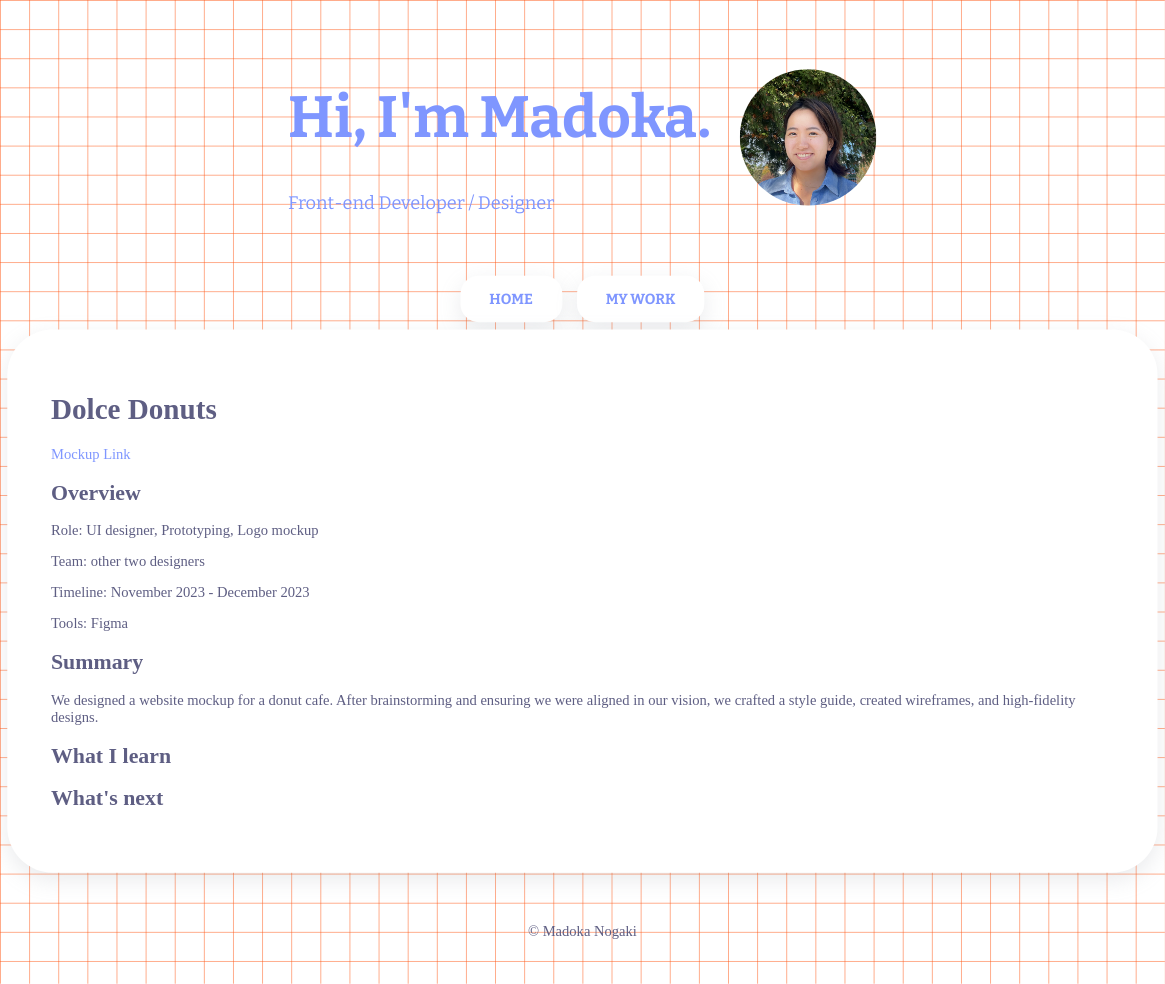
Repository: ohmaruko/portfolio
Page: /links/dolcedonuts
An editor plug-in stored every save of this project. The page is shown before and after the next save, followed by the edit.
The browser window is 1280 px wide. The pictures show the whole page, at 91% of full size.
The project was rebuilt for these pictures with package versions that can differ from the ones it lists, and the page was loaded fresh each time. The framework's server and built-in components were replaced by stand-ins that run in the browser. Also part of the build but not shown: next.config.mjs.

Above is the page before, as saved 2024-02-18 00:55:24.

### pages/links/dolcedonuts.js
import styles from '/styles/Home.module.css'
import Header from '@/components/Header'
import Footer from '@/components/Footer'
import { Open_Sans } from 'next/font/google'
import Link from 'next/link'
import Box from '@/components/Box'

const openSans = Open_Sans ({subsets: ['latin']})

export default function Works() {
  return (
    <>

      <head>
        <title>Madoka Nogaki Portfolio</title>
        <meta name="description" content="Portfolio page" />
        <meta name="viewport" content="width=device-width, initial-scale=1" />
        <link rel="icon" href="/favicon.png" />
      </head>

      <div className={styles.container}>
        <Header className={openSans.className}/>
        <main className={styles.donuts}>
          <Box content={
            <div>
              <h1>Dolce Donuts</h1>
              <Link href="https://www.figma.com/proto/l18aumka9I3yuIv8W5JcGA/DolceDonuts---SET-H?type=design&t=HifTad7UBqVbb5vI-1&scaling=scale-down-width&page-id=0%3A1&node-id=1-16&starting-point-node-id=1%3A16&mode=design"
                target='_blank' style={{textDecoration: 'none', color: 'var(--blue)'}}>Mockup Link</Link>
              <h2>Overview</h2>
              <p>Role: UI designer, Prototyping, Logo mockup</p>
              <p>Team: other two designers</p>
              <p>Timeline: November 2023 - December 2023</p>
              <p>Tools: Figma</p>
              <h2>Summary</h2>
              <p>We designed a website mockup for a donut cafe. After brainstorming and ensuring we were aligned in our vision, we crafted a style guide, created wireframes, and high-fidelity designs.</p>
              <h2>What I learn</h2>
              <h2>What's next</h2>
            </div>
          }/>
        </main>

        <div className={styles.outerContainer}>
          <Footer />
        </div>
      </div>

    </>
  )
}

### styles/globals.css
:root {
  --orange: #FF5714;
  --light-orange: rgba(255, 87, 20, 0.5);
  --blue: #7F96FF;
  --white: #fff;
  --text: #5e5e83;
  color: #5e5e83;

  --medium-font: 20px;
}

body {
  margin: 0;
  background-image:
    linear-gradient(to right, var(--light-orange) 1px, transparent 1px),
    linear-gradient(to bottom, var(--light-orange) 1px, transparent 1px);
  background-size: 2em 2em;
}

p {
  font-size: 16px;
}

### styles/Home.module.css
.container {
  display: flex;
  flex-direction: column;
  align-items: center;
  min-height: 100vh;
  width: 100%;
}
.header {
  width: 70%;
}
.outerContainer {
  display: flex;
  width: 70%;
  justify-content: center;
  margin: 2em auto;
}
.box1 {
  flex: 1;
  flex-basis: 60%;
}
.box2 {
  flex: 1;
  flex-basis: 40%;
}
.link {
  text-decoration: none;
  color: var(--text);
  display: flex;
  align-items: center;
  gap: 1rem;
}
.logo {
  fill: var(--blue);
}
.skill {
  display: flex;
  gap: 1rem;
}
.footer {
  margin: 2rem;
}
.works {
  margin: 2rem;
  width: 70%;
  display: flex;
  flex-wrap: wrap;
  justify-content: center;
}
.hair h1{
  color: var(--blue);
}
.logoContainer {
  display: flex;
  flex-direction: column;
}
.logoInner{
  display: flex;
  justify-content: space-evenly;
}
.film a{
  text-decoration: none;
  color: var(--blue);
}
/* mobile */
/* @media (max-width: 800px){

} */

### components/Header/index.js
import styles from './Header.module.css'
import Image from 'next/image'
import Link from 'next/link'
import { Bitter } from 'next/font/google'
const bitter = Bitter ({subsets: ['latin']})

export default function Header() {
    return (
        <header className={`${styles.header}, ${bitter.className}`}>
            <div className={styles.banner}>
                <div>
                    <h1>Hi, I'm Madoka.</h1>
                    <p style={{fontSize:"var(--medium-font)"}}>Front-end Developer / Designer</p>
                </div>
                <Image src="/images/profile.png" alt="profile image" width={150} height={150} className={styles.img} />
            </div>
            <div className={styles.menu}>
                <Link href='/'>HOME</Link>
                <Link href='/works'>MY WORK</Link>
            </div>
        </header>

    )
}

### components/Footer/index.js
import styles from "./Footer.module.css"

export default function Footer() {
    return (
        <>
            <p>&copy; Madoka Nogaki</p>
        </>
    )
}

### components/Box/index.js
import styles from "./Box.module.css"

export default function Box({
    title,
    content,
}) {
    return (
        <div className={styles.box} style={{}}>
            <h2 style={{color: "var(--blue)"}}>{title}</h2>
            {content}
        </div>
    )
}

### components/Header/Header.module.css
.header {
    width: 100%;
}
.banner {
    font-size: 2em;
    color: var(--blue);
    display: flex;
    justify-content: center;
    align-items: center;
    gap: 2rem;
    margin: 3rem 0;
}
.img {
    border-radius: 50%;
}
.menu {
    display: flex;
    justify-content: center;
    gap: 1rem;
}
.menu a {
    text-decoration: none;
    color: var(--blue);
    font-weight: bold;
    background-color: var(--white);
    box-shadow: rgba(149, 157, 165, 0.2) 0px 8px 24px;
    border-radius: 20px;
    padding: 1rem 2rem;
}

### components/Box/Box.module.css
.box {
    background-color: var(--white);
    padding: 3em;
    margin: 0.5em;
    border-radius: 50px;
    box-shadow: rgba(149, 157, 165, 0.2) 0px 8px 24px;
}

Loaded but not shown: pages/_app.js (common file); pages/_document.js (common file); components/Footer/Footer.module.css (no stored copy; drawn as an empty file)

After the next save:
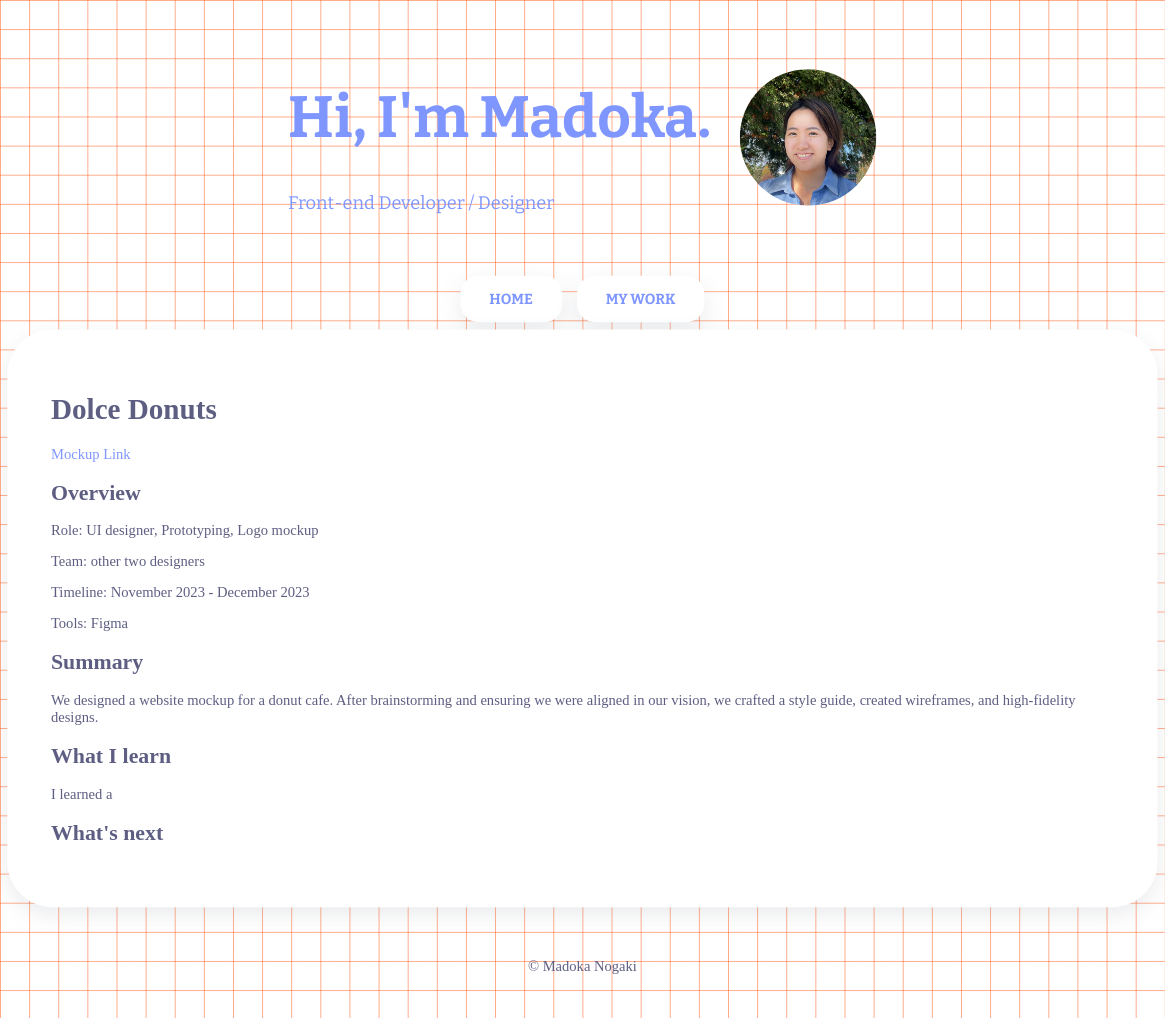
Saved 44 s later.
--- a/pages/links/dolcedonuts.js
+++ b/pages/links/dolcedonuts.js
@@ -34,6 +34,7 @@ export default function Works() {
               <h2>Summary</h2>
               <p>We designed a website mockup for a donut cafe. After brainstorming and ensuring we were aligned in our vision, we crafted a style guide, created wireframes, and high-fidelity designs.</p>
               <h2>What I learn</h2>
+              <p>I learned a </p>
               <h2>What's next</h2>
             </div>
           }/>
